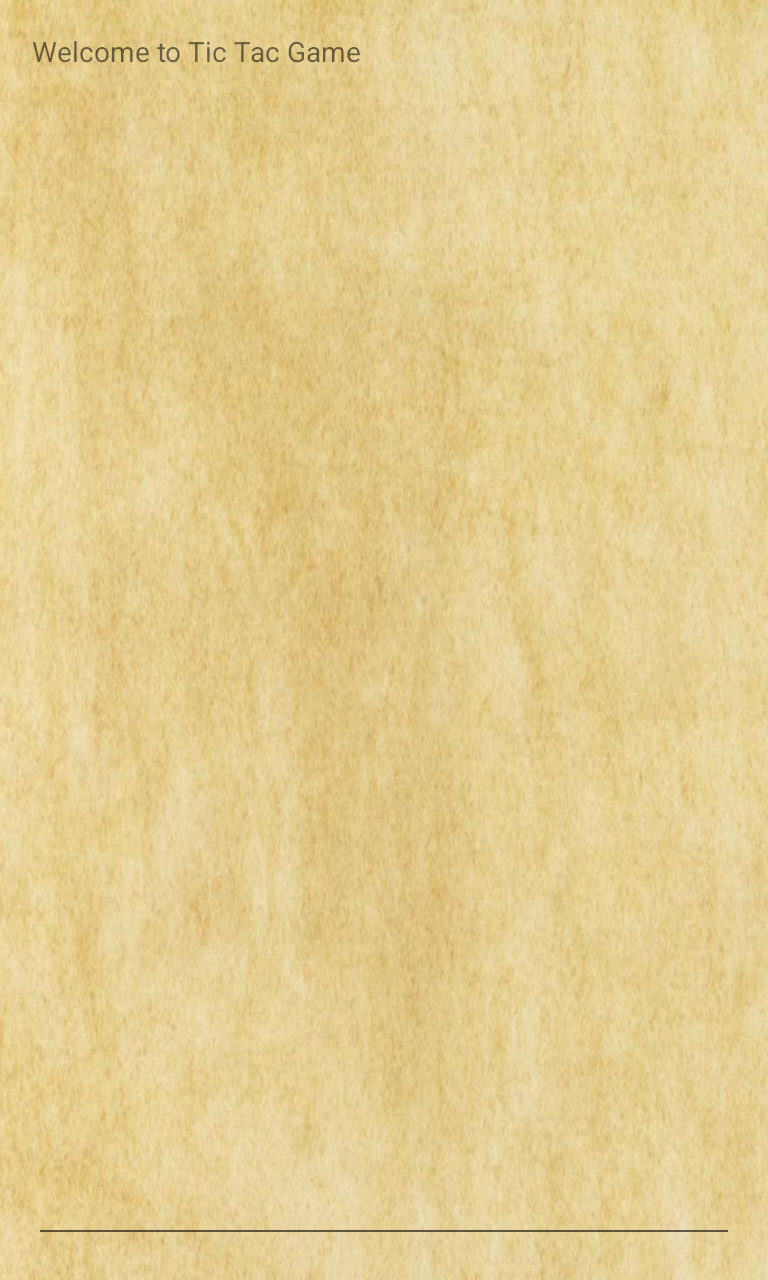
Repository: dtakiy/jogovelha
Layout: games/res/layout/activity_main.xml
These files come from the project's save history. The layout is drawn as it stood at one moment and after the next save; the edit follows.
It is drawn on a 768 x 1280 px phone screen (xhdpi) without system bars, with theme AppTheme; the app's code is not run.

Above is the layout before, as saved 2014-09-17 15:41:31.

After the next save:
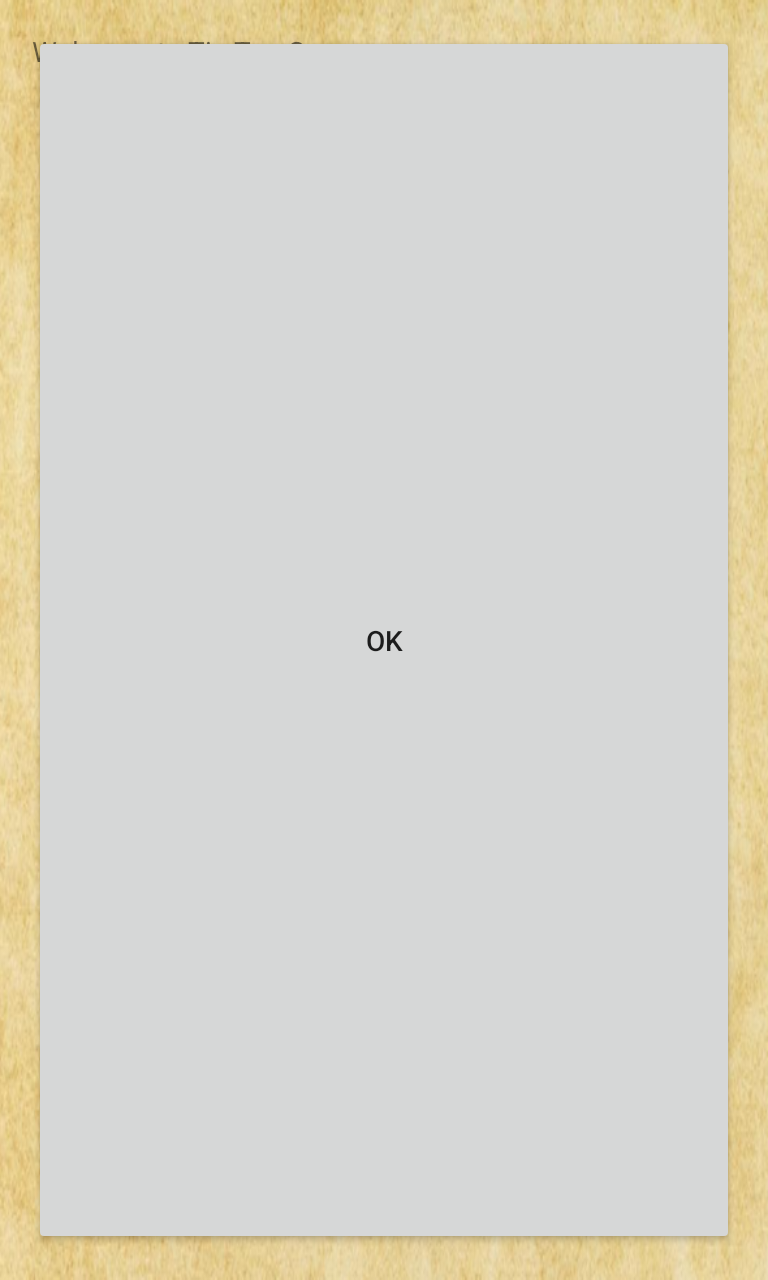
Saved 2 min 37 s later.
--- a/games/res/layout/activity_main.xml
+++ b/games/res/layout/activity_main.xml
@@ -21,4 +21,11 @@
         android:layout_height="fill_parent"
      />
 
+    <Button
+        android:id ="@+id/botaoOK"
+        android:layout_width="fill_parent"
+        android:layout_height="fill_parent"
+        android:text="OK"
+        />
+
 </RelativeLayout>
